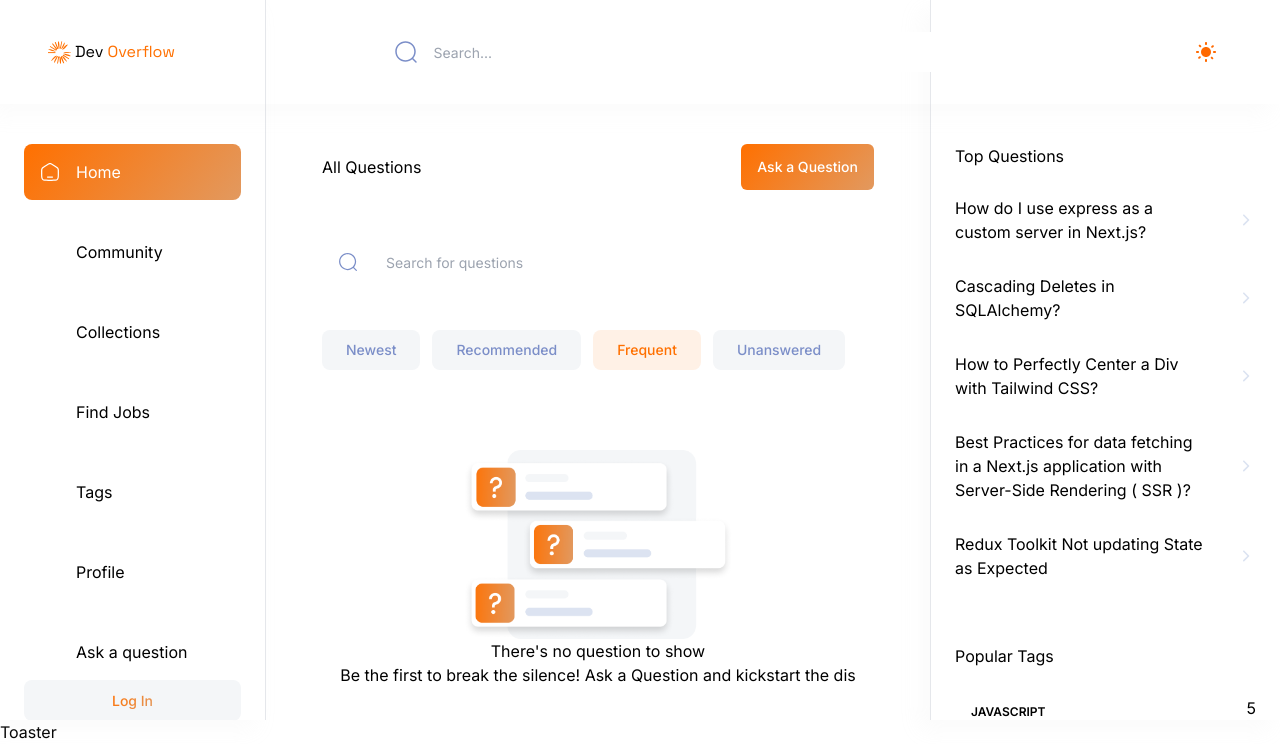
Repository: Saadelfadil/StackOverFlow
Page: /
The author's editor kept a copy of each file at every save. The page is drawn from the files as they stood at one save, then again after a run of saves.
The browser window is 1280 px wide. The pictures show the whole page.
The page's requests for data from a server got no answer. The project was rebuilt for these pictures with package versions that can differ from the ones it lists, and the page was loaded fresh each time. Some packages were replaced by stand-ins written for this rebuild. The framework's server and built-in components were replaced by stand-ins that run in the browser. No one was signed in, and anything a server would have sent is missing. Also part of the build but not shown: next.config.js.

Above is the page before, as saved 2024-01-08 15:03:54.

After the next 2 saves:
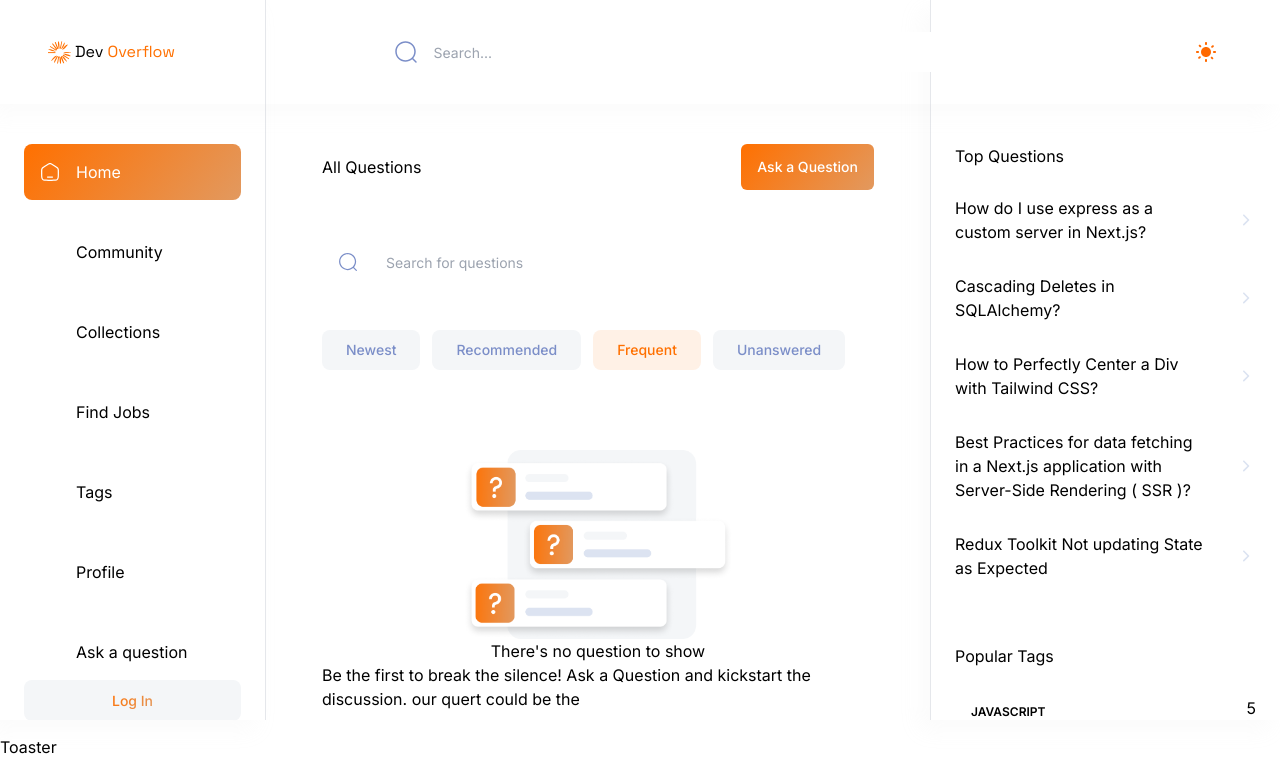
The 2 saves are shown as one change because they came seconds apart.
The last was saved 12 s later.
--- a/components/shared/NoResult.tsx
+++ b/components/shared/NoResult.tsx
@@ -20,7 +20,7 @@ const NoResult = () => {
         />
 
         <h2>There's no question to show</h2>
-        <p>Be the first to break the silence! Ask a Question and kickstart the dis</p>
+        <p>Be the first to break the silence! Ask a Question and kickstart the discussion. our quert could be the </p>
 
     </div>
   )
